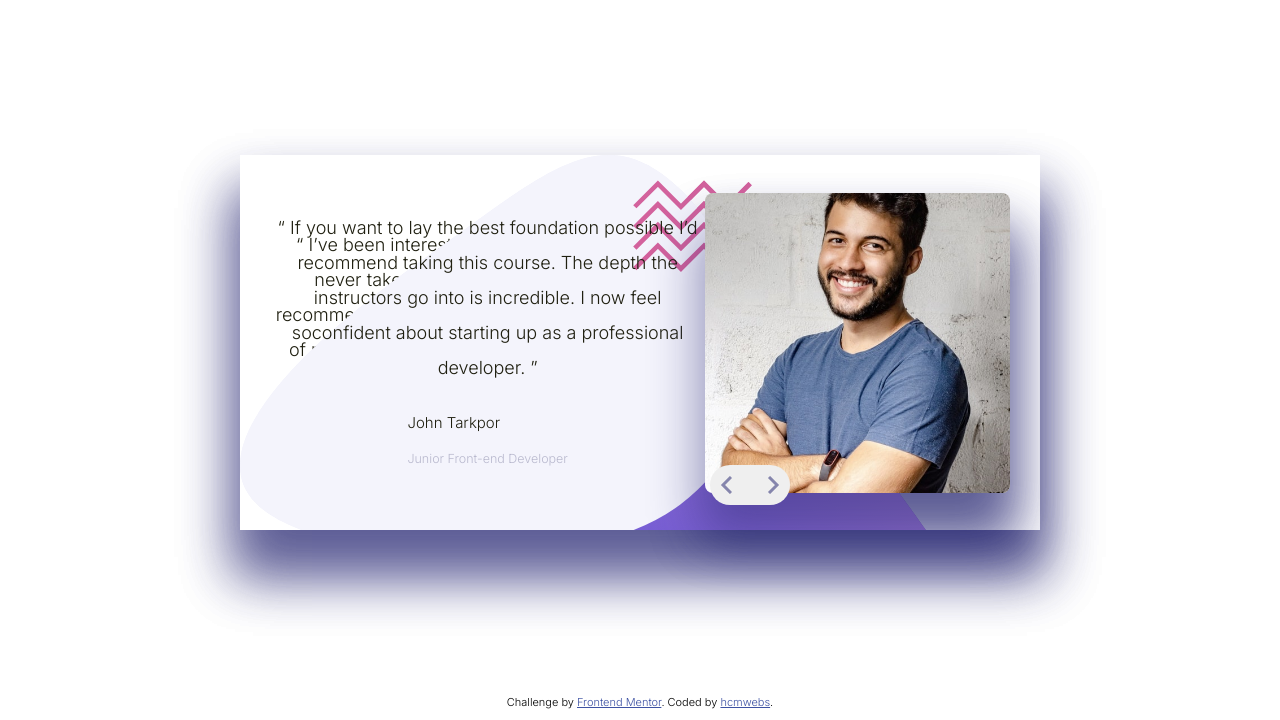
Repository: Hcmwebs/Coding-Bootcamp-Testimonials
Page: index.html
These files come from the project's save history. The page is drawn as it stood at one moment and after the next save; the edit follows.
The browser window is 1280 px wide. The pictures show the whole page.
The style sheet was rebuilt from its Sass, Less or Tailwind sources for each picture, by a compiler version that may differ from the author's.

Above is the page before, as saved 2020-10-31 07:13:50.

### index.html
<!DOCTYPE html>
<html lang="en">
  <head>
    <meta charset="UTF-8" />
    <meta name="viewport" content="width=device-width, initial-scale=1.0" />
    <!-- displays site properly based on user's device -->

    <link
      rel="icon"
      type="image/png"
      sizes="32x32"
      href="./images/favicon-32x32.png"
    />
    <link rel="stylesheet" href="css/main.css" />
    <title>Frontend Mentor | Coding Bootcamp Testimonials Slider</title>

    <style></style>
  </head>
  <body>
    <div class="container">
      <div class="card" id="cardOne">
        <div class="card__header">
          <img
            src="images/image-tanya.jpg"
            alt="Profile Tanya"
            id="profileTanya"
            class="card__header--profileImg"
          />
        </div>

        <button id="btnPrimary">
          <img src="images/icon-prev.svg" alt="icon-prev" />
          <img src="images/icon-next.svg" alt="icon-next" />
        </button>

        <div class="card__body">
          <h2>
            “ I’ve been interested in coding for a while but never taken the
            jump, until now. I couldn’t recommend this course enough. I’m now in
            the job of my dreams and so excited about the future. ”
          </h2>
          <div class="card__body--captionTxt">
            <p>Tanya Sinclair</p>
            <small>UX Engineer </small>
          </div>
        </div>
      </div>

      <div class="card cardTwo" id="cardTwo">
        <div class="card__header">
          <img
            src="images/image-john.jpg"
            alt="Profile John"
            id="profileJohn"
            class="card__header--profileImg"
          />
        </div>

        <button id="btnSecondary">
          <img src="images/icon-prev.svg" alt="icon-prev" />
          <img src="images/icon-next.svg" alt="icon-next" />
        </button>

        <div class="card__body">
          <h2>
            “ If you want to lay the best foundation possible I’d recommend
            taking this course. The depth the instructors go into is incredible.
            I now feel soconfident about starting up as a professional
            developer. ”
          </h2>
          <div class="card__body--captionTxt">
            <p>John Tarkpor</p>
            <small>Junior Front-end Developer</small>
          </div>
        </div>
      </div>
    </div>

    <div class="attribution">
      Challenge by
      <a href="https://www.frontendmentor.io?ref=challenge" target="_blank"
        >Frontend Mentor</a
      >. Coded by
      <a href="https://github.com/Hcmwebs" target="_blank">hcmwebs</a>.
    </div>
    <script src="main.js"></script>
  </body>
</html>

### main.js
const card = document.querySelectorAll('.card');
// const cardTwo = document.getElementById('cardTwo');
const container = document.querySelector('.container')
let active = false;
const btn= document.querySelectorAll('button');


for(let i = 0; i < card.length; i++ ){
btn[i].addEventListener('click', activate);
// btnSecondary.addEventListener('click', activate);
  function activate(){

    if(!active){
      card[i].classList.add('active');
      active = true;
    }
    else{
      card[i].classList.remove('active');
      active = false;
    }
  }
}

### scss/main.scss
@import url('https://fonts.googleapis.com/css2?family=Inter:wght@300;400&display=swap');

$font-stack:'Inter',
sans-serif;
$primaryColor : rgba(32, 32, 17, 1.0);
$secondaryColor : rgba(185, 185, 206, 1.0);
$boxShadowColor:rgba(36, 36, 113, 0.49);




@mixin gridCenter{
  display: grid;
  place-items: center;
}

@mixin flexCenter {
  display: flex;
  justify-content: center;
  align-items: center;

}

@mixin flexSpaceBetween {
  @include flexCenter;
  justify-content: space-between;
}


*{
  margin: 0;
  padding: 0;
  box-sizing: border-box;

}
body{
  font-family: $font-stack;
  font-size: 10px;
  font-weight: 300;
  line-height: 35px;
  letter-spacing: 1.6;
  height: 100vh;
  width: 100%;
  @include flexCenter;
  flex-direction: column;
}

.container{
  width: 100%;
  max-width: 375px;
  height: 100vh;
  @include flexCenter;
  grid-template-columns: 1fr;
  background-color: #fff;
  position: relative;
}
  .card{
  width: 375px;
  height: 667px;
  padding: 30px;
  @include flexSpaceBetween;
  flex-direction: column;
  background-image: url(/images/pattern-bg.svg);
  background-position: top center;
  background-size:contain;
  background-repeat: no-repeat;
  box-shadow: 0 40px 50px 5px $boxShadowColor;
  position: absolute;
  transition: all 0.85s ease-in-out;

  &__header{
    width: 100%;
    height: 300px;


    &--profileImg{
      width: 100%;
      height: 100%;
      object-fit: cover;
      border-radius: 0.5rem;
      box-shadow: 0 40px 50px 5px $boxShadowColor;
    }

  }

  button {
    width: 80px;
    height: 40px;
    padding: 10px;
    border-radius: 28px;
    border: none;
    @include flexSpaceBetween;
    position:absolute;
    top:310px
  }



  &__body{
    width: 100%;
    margin:50px 0;
    @include flexCenter;
    flex-direction: column;
    gap: 20px;

    h2{
      font-size: 18px;
      font-weight: 300;
      text-align: center;
      color:$primaryColor;
    }

    &--captionTxt{

      text-align: left;
      font-size: 15px;
      font-weight: 300;


      p{
        color: $primaryColor;

      }

      small{
        color: $secondaryColor;

      }

    }

  }
}

.card-two{
  transform: translateX(2000px);
}
.card.active .cardTwo{
  transform: translateX(0);
}



.attribution {
  font-size: 11px;
  text-align: center;
}

.attribution a {
  color: hsl(228, 45%, 44%);
}

@media(min-width:768px){
  .container{
    max-width: 1440px;

  }
  .card{
    height: 375px;
    width: 800px;
    flex-direction: row-reverse;
    background-size: cover;

    &__header{
      width: 350px;
    }

    &__body{
      width: 500px;
    }
  }


  button{
    right:250px
  }

}

After the next save:
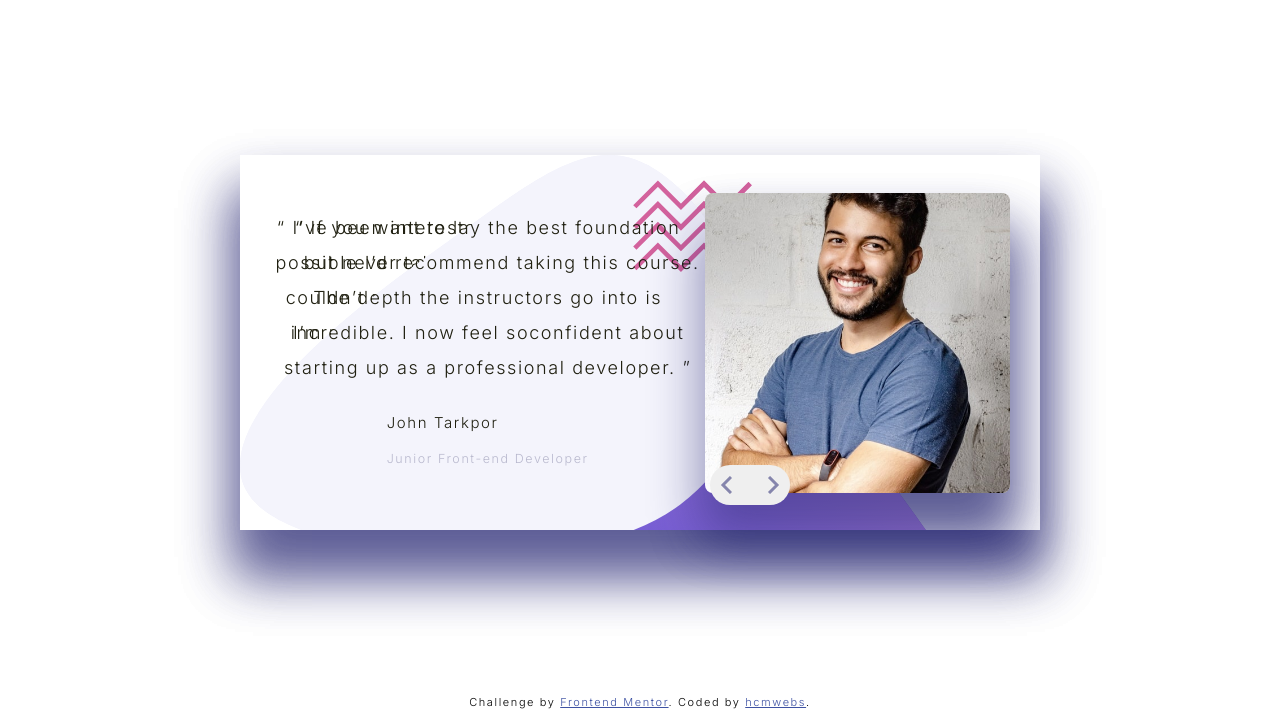
Saved 22 s later.
--- a/scss/main.scss
+++ b/scss/main.scss
@@ -38,7 +38,7 @@
   font-size: 10px;
   font-weight: 300;
   line-height: 35px;
-  letter-spacing: 1.6;
+  letter-spacing: 1.6px;
   height: 100vh;
   width: 100%;
   @include flexCenter;

After the save that followed:
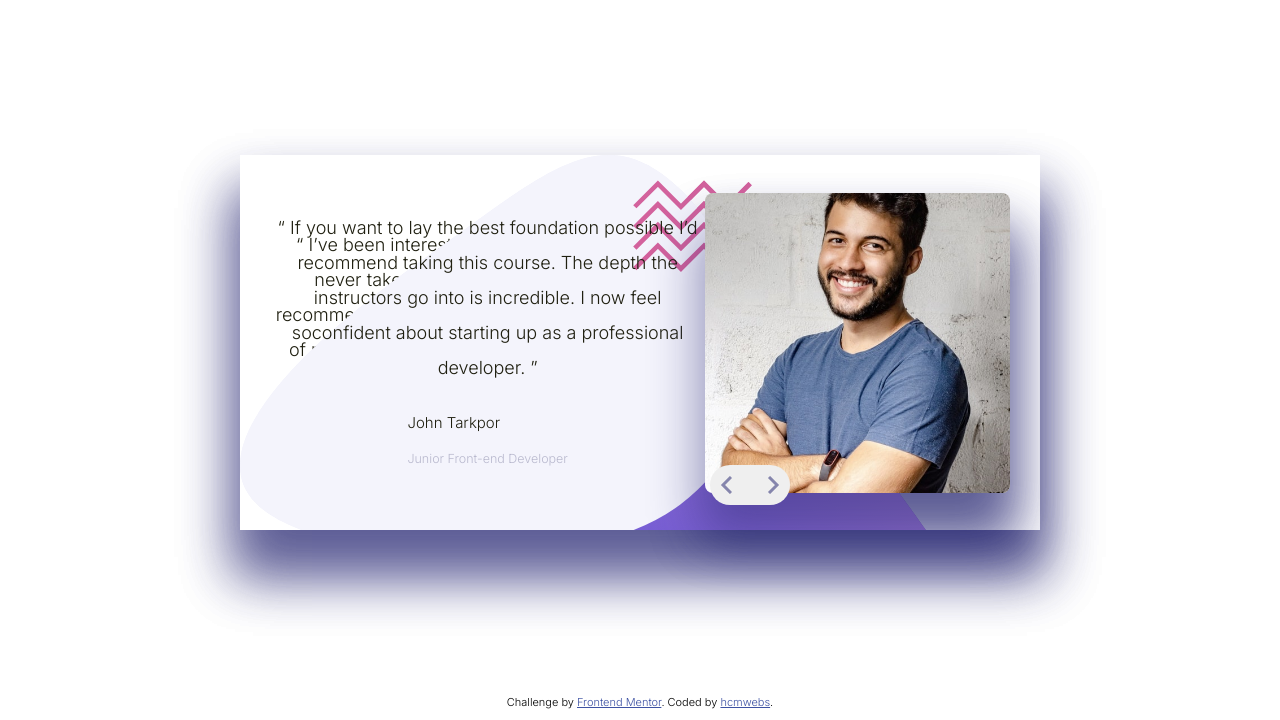
Saved 40 s later.
--- a/scss/main.scss
+++ b/scss/main.scss
@@ -38,7 +38,7 @@
   font-size: 10px;
   font-weight: 300;
   line-height: 35px;
-  letter-spacing: 1.6px;
+  letter-spacing: 1.6;
   height: 100vh;
   width: 100%;
   @include flexCenter;
